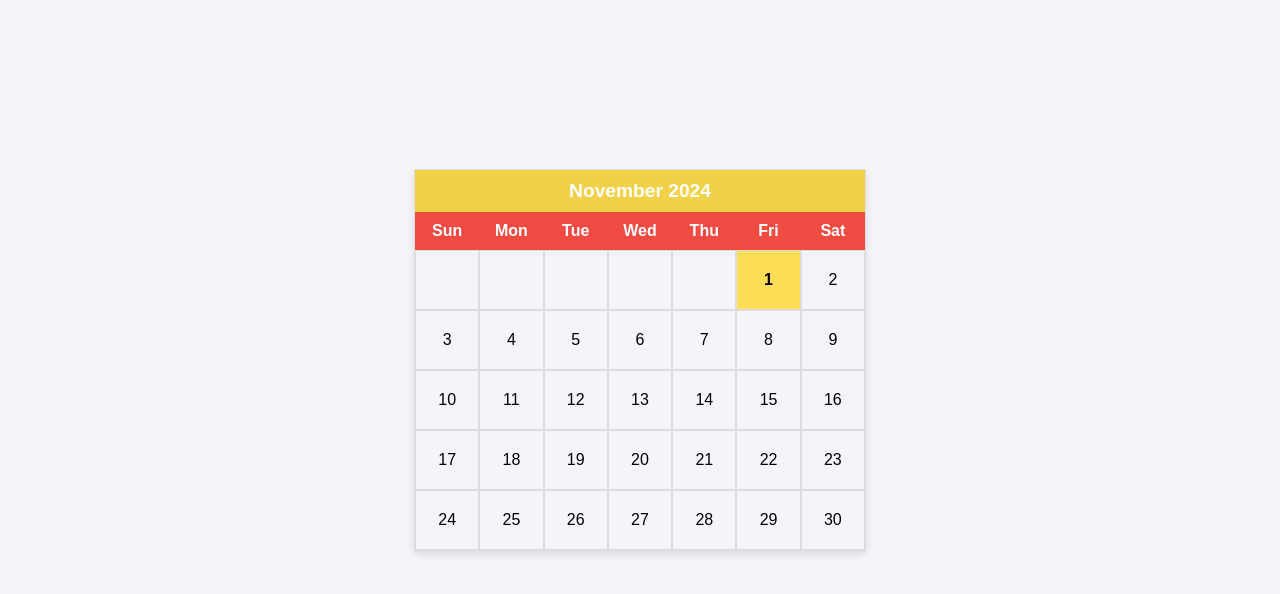
Repository: carrascokarencb37-afk/Nuura
Page: html/calendario.html
The author's editor kept a copy of each file at every save. The page is drawn from the files as they stood at one save, then again after a run of saves.
The browser window is 1280 px wide. The pictures show the whole page.

Above is the page before, as saved 2026-05-28 23:23:59.

After the next 2 saves:
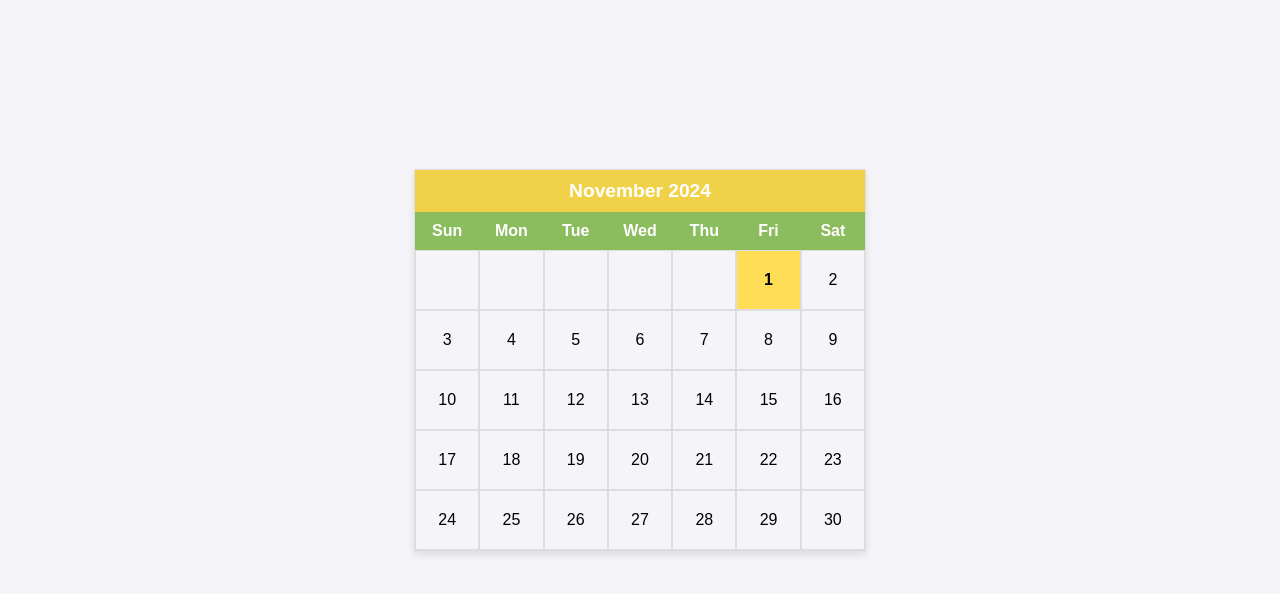
The 2 saves are shown as one change because they came seconds apart.
The last was saved 19 s later.
--- a/css/cale.css
+++ b/css/cale.css
@@ -31,7 +31,7 @@
         .calendar-days {
             display: grid;
             grid-template-columns: repeat(7, 1fr);
-            background-color: #f04b42;
+            background-color: #8bbc5d;
             color: white;
         }
 
